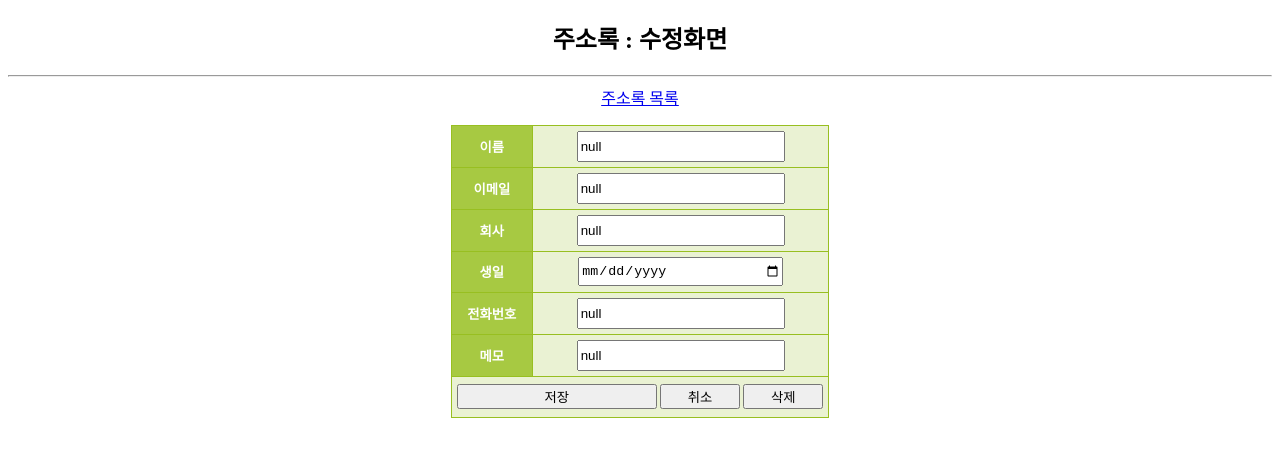
Repository: BeigeBear/TEST
Page: http://localhost/Addrbook/WebContents/addrbook_form_edit.jsp
The author's editor kept a copy of each file at every save. The page is drawn from the files as they stood at one save, then again after the next save.
The browser window is 1280 px wide. The pictures show the whole page.
The page is served by Tomcat 9. Nobody is signed in. The application's start-up code is not run. Other server files are loaded and not shown.

Above is the page before, as saved 2022-12-06 06:45:49.

### Addrbook/WebContents/addrbook_form_edit.jsp
<%@ page language="java" contentType="text/html; charset=UTF-8"
    pageEncoding="UTF-8"
    errorPage="addrbook_error.jsp"
    import="com.addrbook.model.*, java.util.*" %>

<jsp:useBean id="addr" scope="request" class="com.addrbook.model.AddrDto" />

<!DOCTYPE html>
<html>
<head>

	<script>
		function delcheck(){
			result = confirm("정말로 삭제하시겠습니까?");

			if(result){
				document.form1.action.value="delete";
				document.form1.submit();
			}
			else {
				return;
			}
		}
	</script>
	<meta charset="UTF-8">
	<link rel="stylesheet" href="addrbook.css" type="text/css" media="screen"/>
</head>

<title>주소록 : 수정화면</title>

<body>
<div align ="center">
	<h2>주소록 : 수정화면</h2>
	<hr>
	<a href = /Addrbook/list.do >주소록 목록</a><p>
	<form name = form1
		method = post
		action = /Addrbook/update.do >

	<input type=hidden name="id" value="<%=addr.getId()%>">

	<table border="1">
		<tr>
		<th>이름</th>
		<td><input type="text" name = "name" value="<%=addr.getName() %>" ></td>
		</tr>

		<tr>
		<th>이메일</th>
		<td><input type="text" name = "email" value="<%=addr.getEmail() %>" ></td>
		</tr>

		<tr>
		<th>회사</th>
		<td><input type="text" name = "comdept" value="<%=addr.getComdept() %>"></td>
		</tr>

		<tr>
		<th>생일</th>
		<td><input type="date" name = "birth" value="<%=addr.getBirth() %>"></td>
		</tr>

		<tr>
		<th>전화번호</th>
		<td><input type="text" name = "tel" value="<%=addr.getTel() %>"></td>
		</tr>

		<tr>
		<th>메모</th>
		<td><input type="text" name = "memo" value="<%=addr.getMemo() %>"></td>
		</tr>

		<tr>
		<td colspan=2 align=center>
		<input type = "submit" value="저장">
		<input type = "reset" value="취소">
		<input type="button" value="삭제" onClick="delcheck()"></td>
		</tr>

	</table>


	</form>





</div>
</body>

</html>

### Addrbook/src/main/java/com/addrbook/model/AddrDto.java
package com.addrbook.model;

public class AddrDto {

	// 멤버 변수 선언
	private int id;
	private String name;
	private String email;
	private String tel;
	private String birth;
	private String comdept;
	private String memo;

	public AddrDto() {
	}

	public AddrDto(int id, String name, String email, String comdept, String birth, String tel, String memo) {
		this.id = id;
		this.name = name;
		this.email = email;
		this.comdept = comdept;
		this.birth = birth;
		this.tel = tel;
		this.memo = memo;
	}

	public int getId() {
		return id;
	}

	public void setId(int id) {
		this.id = id;
	}

	public String getName() {
		return name;
	}

	public void setName(String name) {
		this.name = name;
	}

	public String getEmail() {
		return email;
	}

	public void setEmail(String email) {
		this.email = email;
	}

	public String getTel() {
		return tel;
	}

	public void setTel(String tel) {
		this.tel = tel;
	}

	public String getBirth() {
		return birth;
	}

	public void setBirth(String birth) {
		this.birth = birth;
	}

	public String getComdept() {
		return comdept;
	}

	public void setComdept(String comdept) {
		this.comdept = comdept;
	}

	public String getMemo() {
		return memo;
	}

	public void setMemo(String memo) {
		this.memo = memo;
	}

}

### Addrbook/WebContents/addrbook.css
@charset "UTF-8";

table{
    width :auto;
    border-collapse: collapse;
    text-align: center;
}


td, th{
    font-size: 10pt;
    border: 1px solid #98bf21;
    height: 30px;
    padding: 5px;
}

th{
    background-color: #a7c942;
    color: #ffffff;
    font-family: Georgia;
}


tr td{
    color: #000;
    background-color: #eaf2d3;
}

input{
    height: 25px;
    width: 200px;
}
input [type="submit"], [type="reset"], [type="button"]{
    height: 25px;
    width: 80px;
}

After the next save:
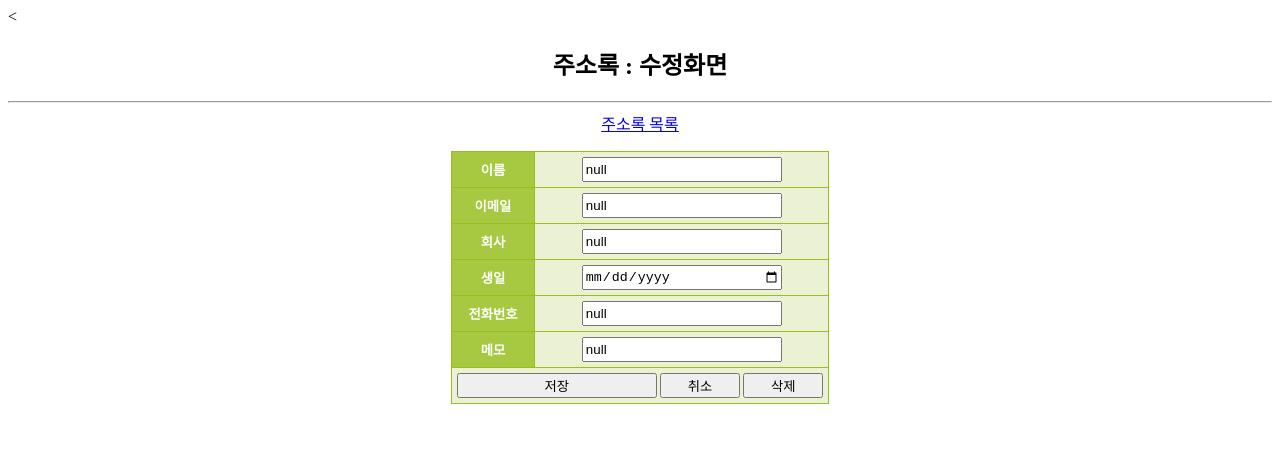
Saved 2 min 4 s later.
--- a/Addrbook/WebContents/addrbook_form_edit.jsp
+++ b/Addrbook/WebContents/addrbook_form_edit.jsp
@@ -4,6 +4,7 @@
     import="com.addrbook.model.*, java.util.*" %>
 
 <jsp:useBean id="addr" scope="request" class="com.addrbook.model.AddrDto" />
+<
 
 <!DOCTYPE html>
 <html>
